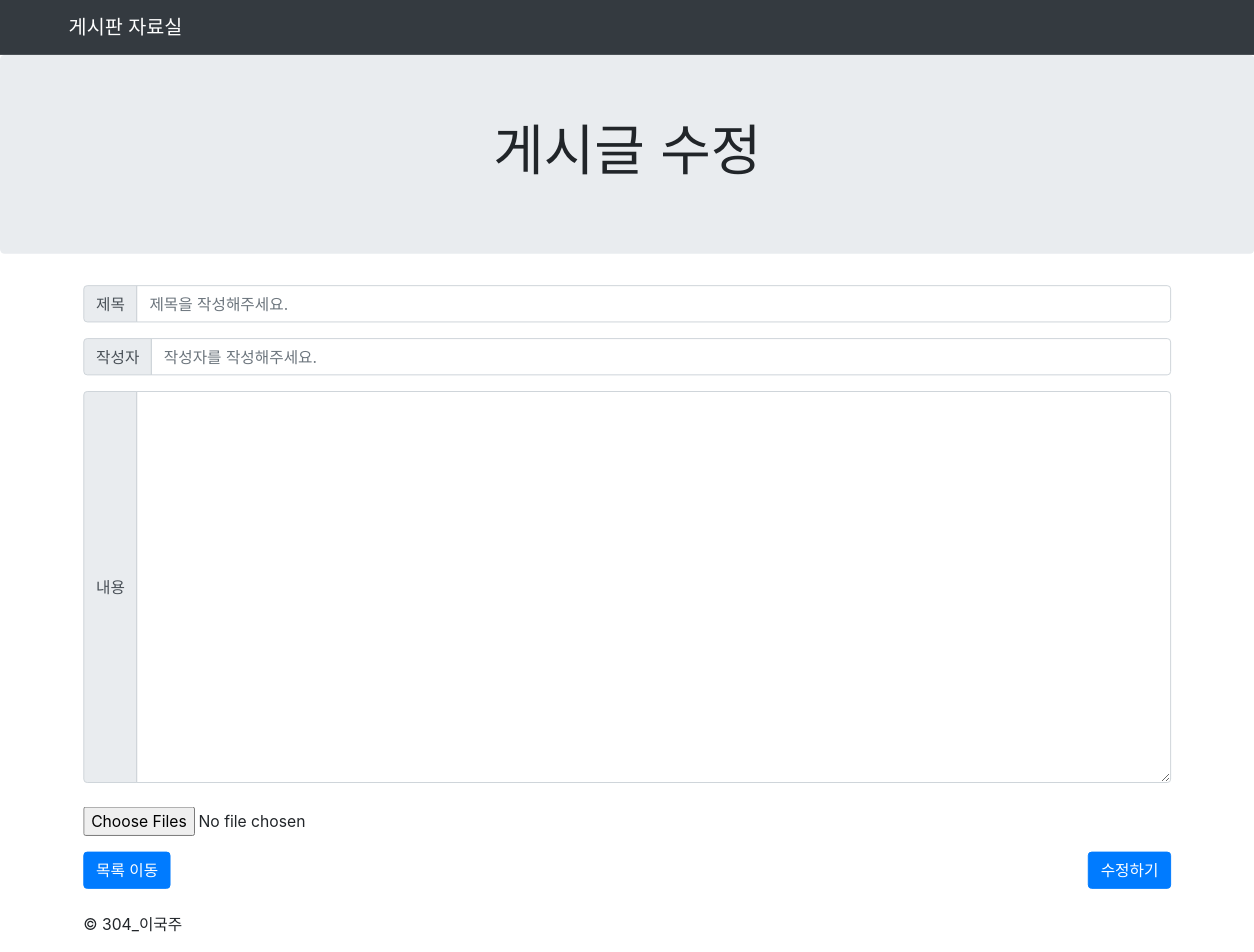
Repository: LeeKukJu/JSP-Study
Page: http://localhost/JSPBook/ch11/totaltest/boardUpdateForm.jsp?b1naGC
These files come from the project's save history. The page is drawn as it stood at one moment and after a run of saves; the edit follows.
The browser window is 1280 px wide. The pictures show the whole page, at 98% of full size.
The page is served by Tomcat 9. Nobody is signed in. The application's start-up code is not run. Other server files are loaded and not shown.

Above is the page before, as saved 2023-02-04 06:08:56.

### JSPBook/WebContent/ch11/totaltest/boardUpdateForm.jsp
<%@page import="dto.BoardVO"%>
<%@page import="dao.BoardDAO"%>
<%@ page language="java" contentType="text/html; charset=UTF-8"
	pageEncoding="UTF-8"%>
<%@taglib prefix="c" uri="http://java.sun.com/jsp/jstl/core"%>
<%@page errorPage="exceptionBoard_error.jsp"%>
<!DOCTYPE html>
<html>
<head>
<meta charset="UTF-8">
<title>@304_이국주</title>
</head>
<script type="text/javascript">
	function CheckRegist() {
		var form = document.registForm;
		var title = form.title.value;
		var author = form.author.value;

		var regExpTitle = /^.{5,30}$/;
		var regExpAuthor = /^[a-zA-Z가-힣]+$/;

		if (!regExpTitle.test(title)) {
			alert("제목은 최소 모든 문자 5자에서 최대 30자까지 작성 가능합니다.");
			form.title.focus();
			form.title.select();
			return;
		}

		if (!regExpAuthor.test(author)) {
			alert("작성자는 영소대문자, 한글만 작성 가능합니다.");
			form.author.focus();
			form.author.select();
			return;
		}

		form.submit();
	}
</script>
<body>
	<!--
	게시판 FORM 페이지를 작성해주세요.

	*** 수정을 하기위해서 가져온 수정 할 게시판 데이터를 아래에 먼저 출력해서 보여주세요.

	[출력 예]

	게시글 등록
	─────────────────────────────
	제목 : 제목입니다1
	작성자 : 홍길동
	내용 : 내용입니다1
	─────────────────────────────
	수정 목록

	1) 수정 버튼을 클릭 시, 게시글 수정을 진행해주세요.
		수정을 위해 이동할 페이지(boardUpdate.jsp)로 이동해서 등록 처리를 진행해주세요.
		등록이 완료되었다면 현재 등록된 상세정보 페이지(boardView)로 이동해주세요.

		(정규식)
		등록 시, 제목은 최소 모든 문자 5자에서 최대 30자까지로 설정가능하게 해주세요.
		작성자는 영소대문자, 한글만 가능하게 설정해주세요.

	2) 목록 버튼을 클릭 시, 게시판 목록 페이지로 이동해주세요(boardList.jsp)
 -->
	<%
	String boardId = request.getParameter("id");

	BoardDAO boardDAO = BoardDAO.getInstance();
	BoardVO board = boardDAO.getBoardById(boardId);
	%>
	<c:set var="board" value="<%=board%>" />

	<%@include file="./menu.jsp"%>
	<div class="jumbotron">
		<div class="container" align="center">
			<h1 class="display-4">게시글 수정</h1>
		</div>
	</div>

	<div class="container">
		<form action="./boardUpdate.jsp" name="registForm" method="post"
			enctype="multipart/form-data">
			<div class="row">
				<div class="col">
					<!-- id -->
					<input type="hidden" name="id" value="${board.id}">

					<!-- 제목 -->
					<div class="input-group mb-3">
						<div class="input-group-prepend">
							<span class="input-group-text" id="basic-addon1">제목</span>
						</div>
						<input type="text" class="form-control" name="title"
							placeholder="제목을 작성해주세요." aria-label="Username"
							aria-describedby="basic-addon1">
					</div>

					<!-- 작성자 -->
					<div class="input-group mb-3">
						<div class="input-group-prepend">
							<span class="input-group-text" id="basic-addon2">작성자</span>
						</div>
						<input type="text" class="form-control" name="author"
							placeholder="작성자를 작성해주세요." aria-label="Username"
							aria-describedby="basic-addon2">
					</div>

					<div class="input-group">
						<div class="input-group-prepend">
							<span class="input-group-text">내용</span>
						</div>
						<textarea class="form-control" name="content"
							style="height: 400px;" aria-label="With textarea"></textarea>
					</div>
					<br>

					<!-- 파일 업로드 -->
					<div class="input-group mb-3">
						<input type="file" name="filename" multiple="multiple">
					</div>
				</div>
			</div>

			<div class="row">
				<div class="col" align="left">
					<a class="btn btn-primary" href="./boardList.jsp" role="button">목록
						이동</a>
				</div>
				<div class="col" align="right">
					<!-- 등록하기 -->
					<button type="button" class="btn btn-primary"
						onclick="CheckRegist();">수정하기</button>
				</div>
			</div>
		</form>
	</div>
	<br>
	<%@include file="./footer.jsp"%>
</body>
</html>

### JSPBook/WebContent/ch11/totaltest/menu.jsp
<%@ page language="java" contentType="text/html; charset=UTF-8"
	pageEncoding="UTF-8"%>
<link rel="stylesheet" href="https://maxcdn.bootstrapcdn.com/bootstrap/4.0.0/css/bootstrap.min.css"/>
<!--
	메뉴를 제공하는 페이지를 구성해주세요.
	- 메뉴를 구성하고 각 페이지(view)를 담당하는 jsp 마다 페이지 모듈화를 진행해주세요.

	[상단 메뉴 구성]
	게시판  자료실 -> boardList.jsp 요청 ( 시큐리티 작동하도록)
 -->

<nav class="navbar navbar-expand navbar-dark bg-dark">
	<div class="container">
		<div class="navbar-header">
			<a class="navbar-brand" href="./boardList.jsp">게시판 자료실</a>
		</div>
	</div>
</nav>

### JSPBook/WebContent/ch11/totaltest/footer.jsp
<%@ page language="java" contentType="text/html; charset=UTF-8"
    pageEncoding="UTF-8"%>
<!DOCTYPE html>
<html>
<head>
<meta charset="UTF-8">
<title>@304_이국주</title>
</head>
<body>
<!--
	@304_본인이름  으로 페이지를 구성해주세요.
	- 메뉴를 구성하고 각 페이지(view)를 담당하는 jsp 마다 페이지 모듈화를 진행해주세요.
 -->

 <footer class="container">
	<p>&copy; 304_이국주</p>
</footer>

</body>
</html>

### JSPBook/src/dao/BoardDAO.java
package dao;

import java.time.LocalDate;
import java.util.ArrayList;

import org.apache.commons.lang3.RandomStringUtils;

import dto.BoardVO;

public class BoardDAO {

	private ArrayList<BoardVO> boardList = new ArrayList<BoardVO>();

	private static BoardDAO instance = new BoardDAO();
	public static BoardDAO getInstance() {
		return instance;
	}

	public BoardDAO() {
		BoardVO board1 = new BoardVO();

		board1.setId(RandomStringUtils.randomAlphanumeric(6));
		board1.setTitle("게시물 입니당1");
		board1.setAuthor("김작가1");
		board1.setContent("내용입니당1");

		BoardVO board2 = new BoardVO();

		board2.setId(RandomStringUtils.randomAlphanumeric(6));
		board2.setTitle("게시물 입니당2");
		board2.setAuthor("김작가2");
		board2.setContent("내용입니당2");

		BoardVO board3 = new BoardVO();

		board3.setId(RandomStringUtils.randomAlphanumeric(6));
		board3.setTitle("게시물 입니당3");
		board3.setAuthor("김작가3");
		board3.setContent("내용입니당3");

		boardList.add(board1);
		boardList.add(board2);
		boardList.add(board3);
	}



	public ArrayList<BoardVO> getBoardList(){
		return boardList;
	}

	public void insertBoard(BoardVO board) {
		boardList.add(board);
	}

	public void updateBoard(BoardVO board) {
		int index = getBoardIndex(board);
		boardList.set(index, board);
	}

	public BoardVO getBoardById(String boardId) {
		BoardVO boardById = null;

		for(BoardVO board : boardList) {
			if(board != null && board.getId() != null && board.getId().equals(boardId)) {
				boardById = board;
				break;
			}
		}
		return boardById;
	}

	public int getBoardIndex(BoardVO board) {
		int index = 0;

		for(BoardVO bv : boardList) {
			if(bv != null && bv.getId() != null && bv.getId().equals(board.getId())) {
				break;
			}
			index++;
		}
		return index;
	}
}

### JSPBook/src/dto/BoardVO.java
package dto;

import java.time.LocalDate;
import java.util.Date;

public class BoardVO {
	private String id;								// 고유키
	private String title;							// 제목
	private String author;							// 작성자
	private String content;							// 내용
	private LocalDate writeDate = LocalDate.now();	// 작성일
	private int hit = 0;							// 조회수
	private String filename;						// 저장 파일명

	public String getFilename() {
		return filename;
	}
	public void setFilename(String filename) {
		this.filename = filename;
	}
	public String getId() {
		return id;
	}
	public void setId(String id) {
		this.id = id;
	}
	public String getContent() {
		return content;
	}
	public void setContent(String content) {
		this.content = content;
	}
	public String getTitle() {
		return title;
	}
	public void setTitle(String title) {
		this.title = title;
	}
	public String getAuthor() {
		return author;
	}
	public void setAuthor(String author) {
		this.author = author;
	}
	public LocalDate getWriteDate() {
		return writeDate;
	}
	public void setWriteDate(LocalDate writeDate) {
		this.writeDate = writeDate;
	}
	public int getHit() {
		return hit;
	}
	public void setHit(int hit) {
		this.hit = hit;
	}




}

### JSPBook/WebContent/ch11/totaltest/exceptionBoard_error.jsp
<%@ page language="java" contentType="text/html; charset=UTF-8"
    pageEncoding="UTF-8"%>
<!DOCTYPE html>
<html>
<head>
<meta charset="UTF-8">
<title>Insert title here</title>
</head>
<body>
	<h1>에러가 발생했습니다!</h1>
	<a href="boardList.jsp">게시판 목록 >></a>
</body>
</html>

After the next 3 saves:
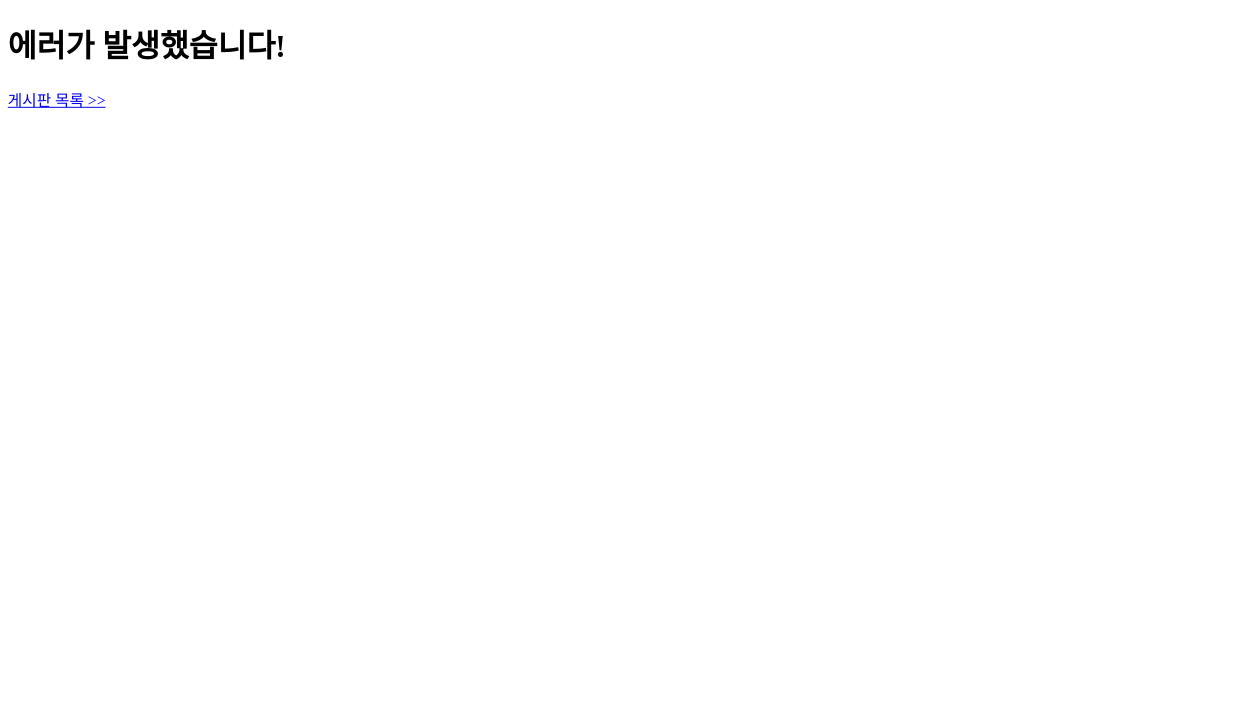
The 3 saves are shown as one change because 2 did not build or start.
The last was saved 58 min 34 s later.
--- a/JSPBook/WebContent/ch11/totaltest/boardUpdateForm.jsp
+++ b/JSPBook/WebContent/ch11/totaltest/boardUpdateForm.jsp
@@ -83,7 +83,7 @@
 			<div class="row">
 				<div class="col">
 					<!-- id -->
-					<input type="hidden" name="id" value="${board.id}">
+					<input type="hidden" name="id" value="<%=board.getId()%>">
 
 					<!-- 제목 -->
 					<div class="input-group mb-3">

After the save that followed:
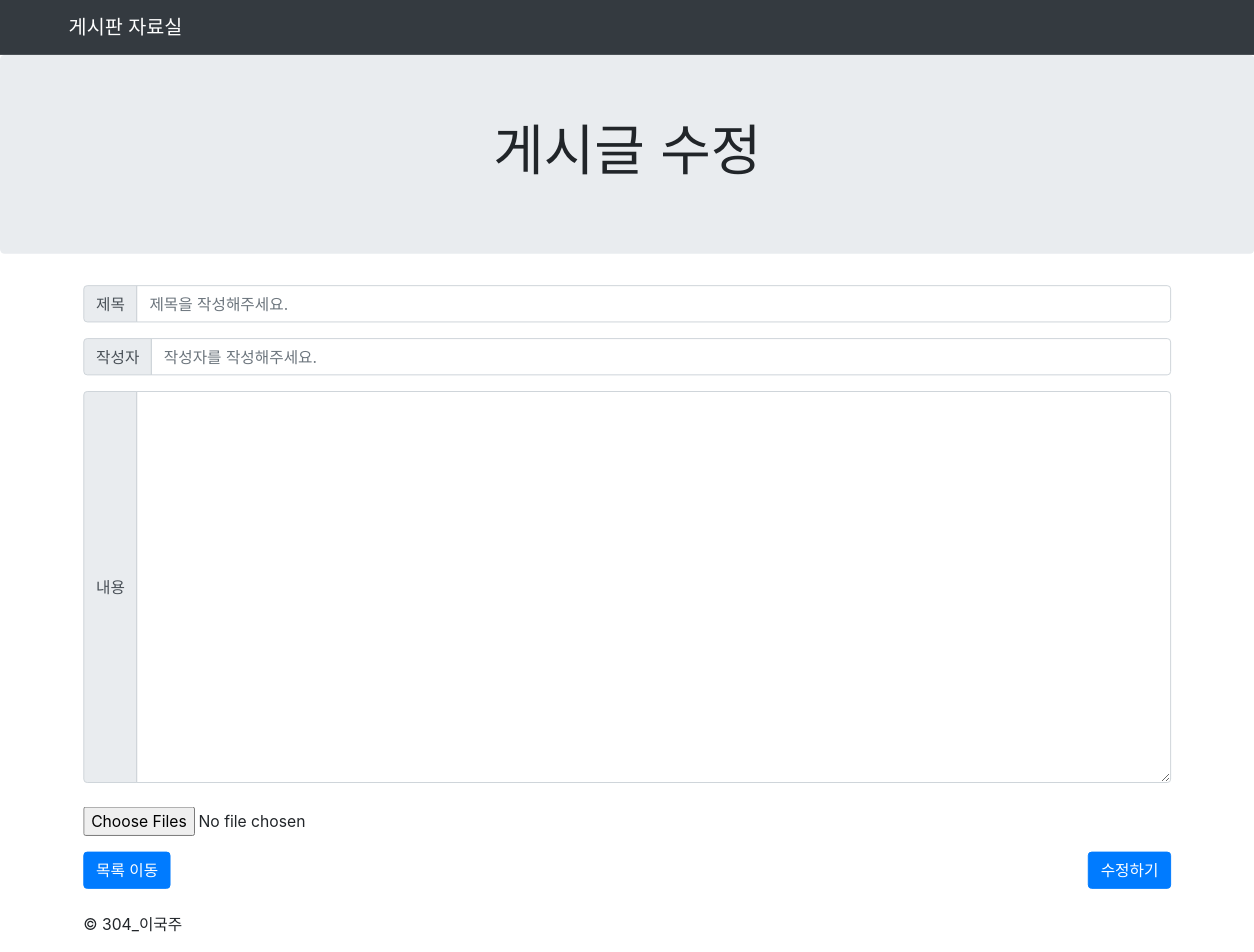
Saved 27 s later.
--- a/JSPBook/WebContent/ch11/totaltest/boardUpdateForm.jsp
+++ b/JSPBook/WebContent/ch11/totaltest/boardUpdateForm.jsp
@@ -83,7 +83,7 @@
 			<div class="row">
 				<div class="col">
 					<!-- id -->
-					<input type="hidden" name="id" value="<%=board.getId()%>">
+					<input type="hidden" name="id" value="<%=boardId%>">
 
 					<!-- 제목 -->
 					<div class="input-group mb-3">
